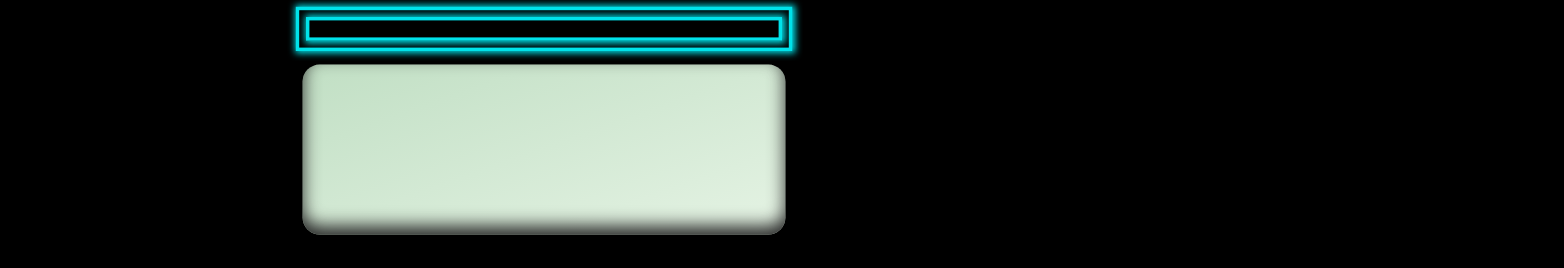
Repository: KhangNguyen3006/WebUI-UX
Page: /
The author's editor kept a copy of each file at every save. The page is drawn from the files as they stood at one save, then again after the next save.
The browser window is 1280 px wide. The page is 1280 px wide, then 1840 px, so the pictures cover 1840 px, including what lies to the right of the window. The pictures show the whole page, at 85% of full size.
The project was rebuilt for these pictures with package versions that can differ from the ones it lists, and the page was loaded fresh each time. Also part of the build but not shown: src/App.css.

Above is the page before, as saved 2023-05-04 02:29:52.

After the next save:
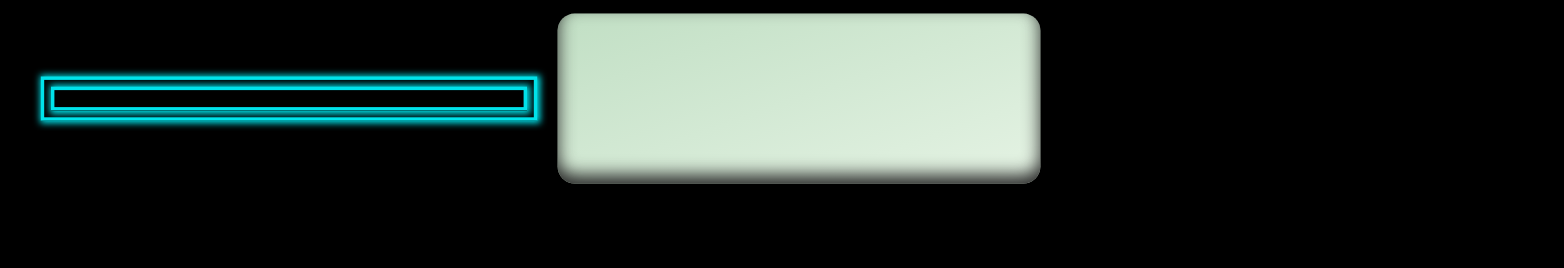
Saved 39 s later.
--- a/src/components/home/Home.jsx
+++ b/src/components/home/Home.jsx
@@ -4,7 +4,7 @@ import { Col } from 'react-bootstrap'
 class Home extends Component {
     render() {
         return (
-            <div className='w-1200'>
+            <div className='w-1200 d-flex flex-row'>
                 <Col sm={6}>
                     <div className="rectangle p-2 m-2">
                         <div className="rectangle-mini">
